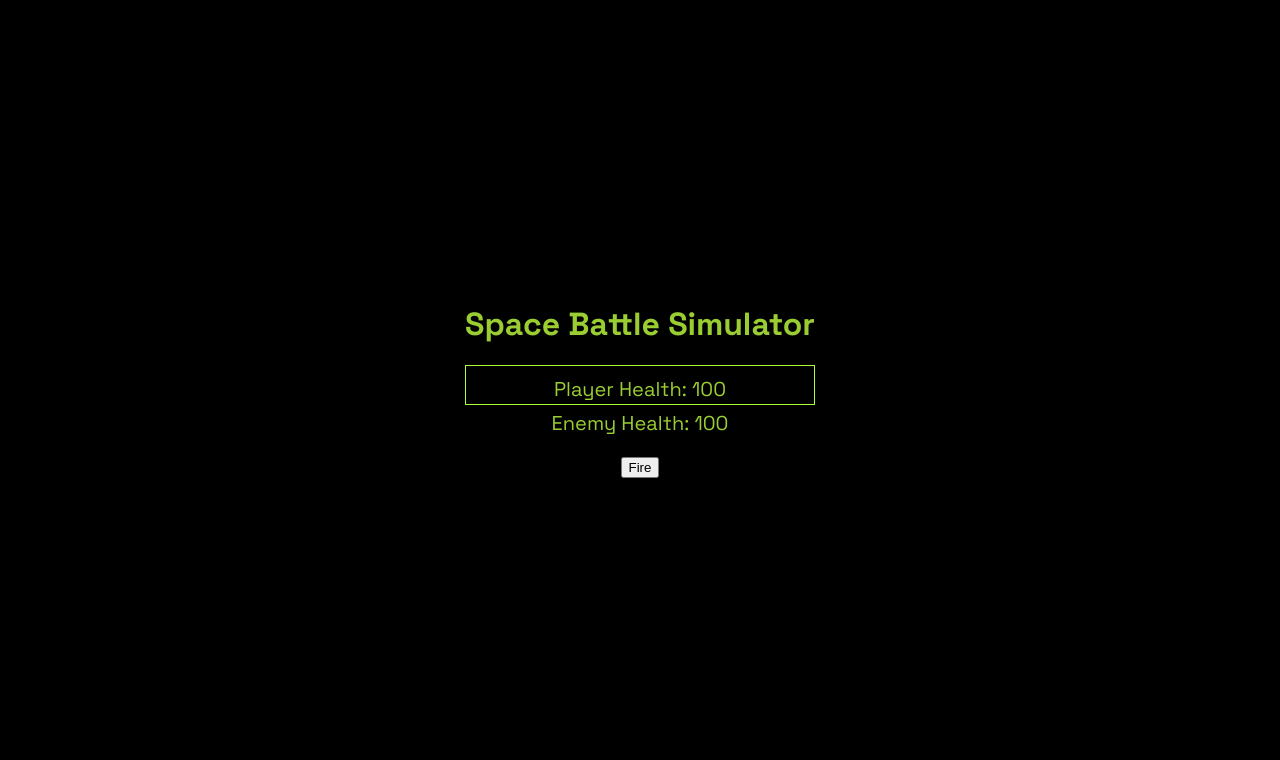
Repository: rmdayberry/Space-Battle
Page: /
An editor plug-in stored every save of this project. The page is shown before and after the next save, followed by the edit.
The browser window is 1280 px wide. The pictures show the whole page.
The project was rebuilt for these pictures with package versions that can differ from the ones it lists, and the page was loaded fresh each time. Also part of the build but not shown: vite.config.js, src/App.css.

Above is the page before, as saved 2024-08-24 10:47:33.

After the next save:
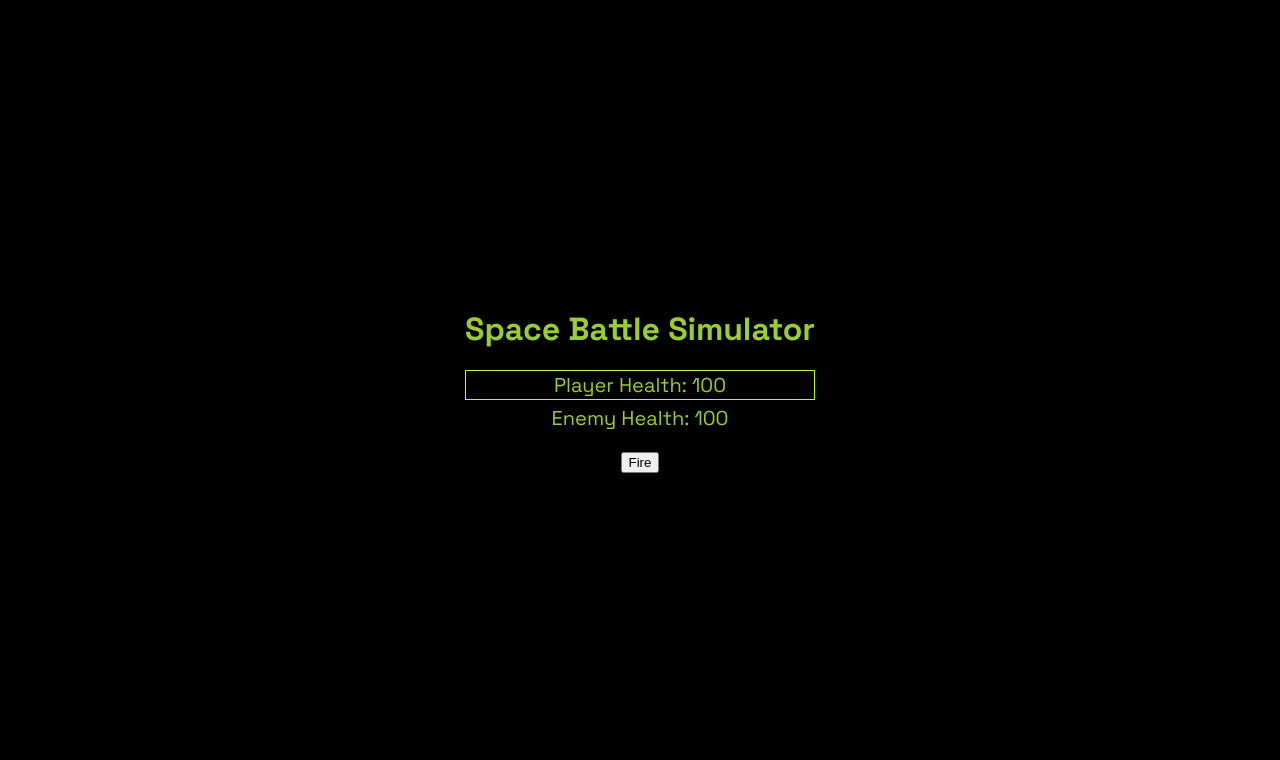
Saved 14 s later.
--- a/src/Health.css
+++ b/src/Health.css
@@ -7,5 +7,5 @@
 }
 .player-health {
   border: 1px solid greenyellow;
-  padding: 10px 1px 2px 1px;
+  padding: 1px 2px 1px 2px;
 }
